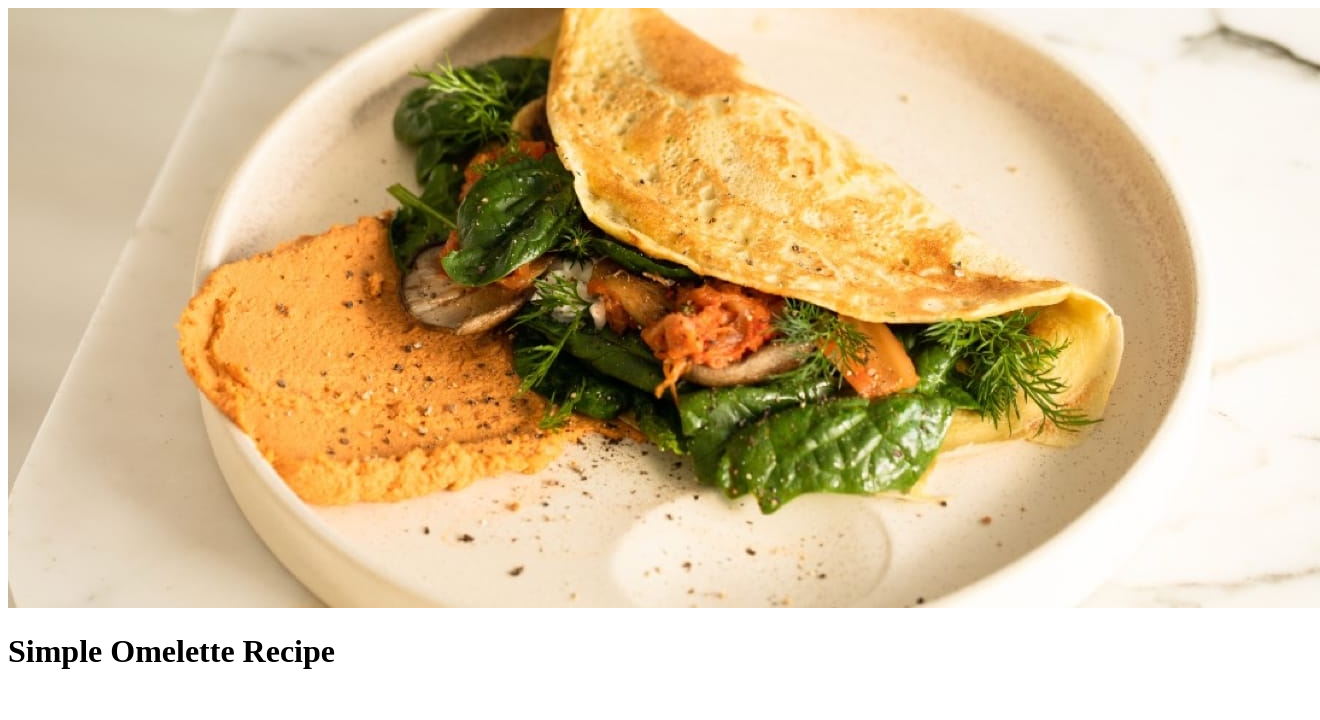
Repository: akbasliogulcan/omletterecipe
Page: index.html
The author's editor kept a copy of each file at every save. The page is drawn from the files as they stood at one save, then again after the next save.
The browser window is 1280 px wide. The page is 1320 px wide, so the pictures cover 1320 px, including what lies to the right of the window. The pictures show the whole page.

Above is the page before, as saved 2025-07-20 17:10:35.

### index.html
<!DOCTYPE html>
<html lang="en">

<head>
  <meta charset="UTF-8">
  <meta name="viewport" content="width=device-width, initial-scale=1.0">
  <title>simple omelette recipe</title>
  <link rel="stylesheet" href="style.css">
</head>

<body>

  <div class="simple">
    <img src="./assets/images/image-omelette.jpeg" alt="omlette-icon">
    <h1> Simple Omelette Recipe</h1>



  </div>



</body>

</html>

Loaded but not shown: style.css (no stored copy; drawn as an empty file)

After the next save:
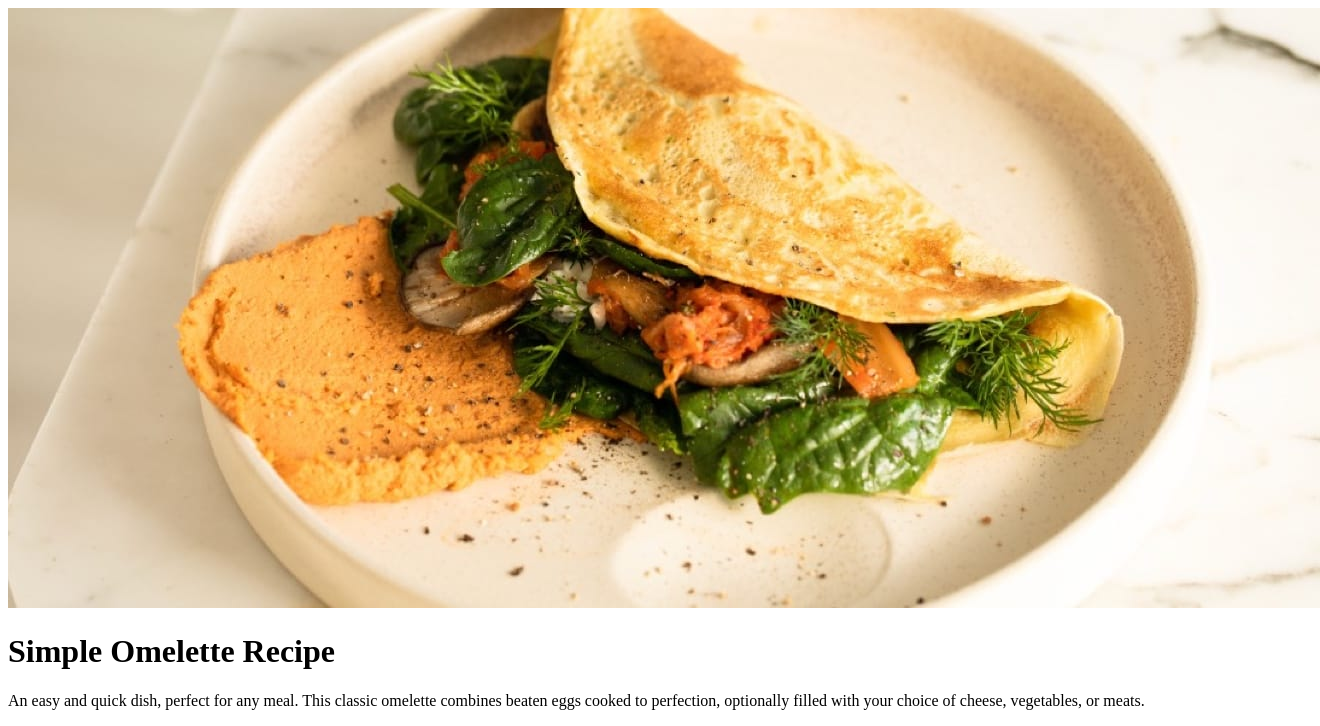
Saved 25 s later.
--- a/index.html
+++ b/index.html
@@ -13,6 +13,9 @@
   <div class="simple">
     <img src="./assets/images/image-omelette.jpeg" alt="omlette-icon">
     <h1> Simple Omelette Recipe</h1>
+    <p>An easy and quick dish, perfect for any meal. This classic omelette combines beaten eggs cooked
+      to perfection, optionally filled with your choice of cheese, vegetables, or meats.
+    </p>
 
 
 
